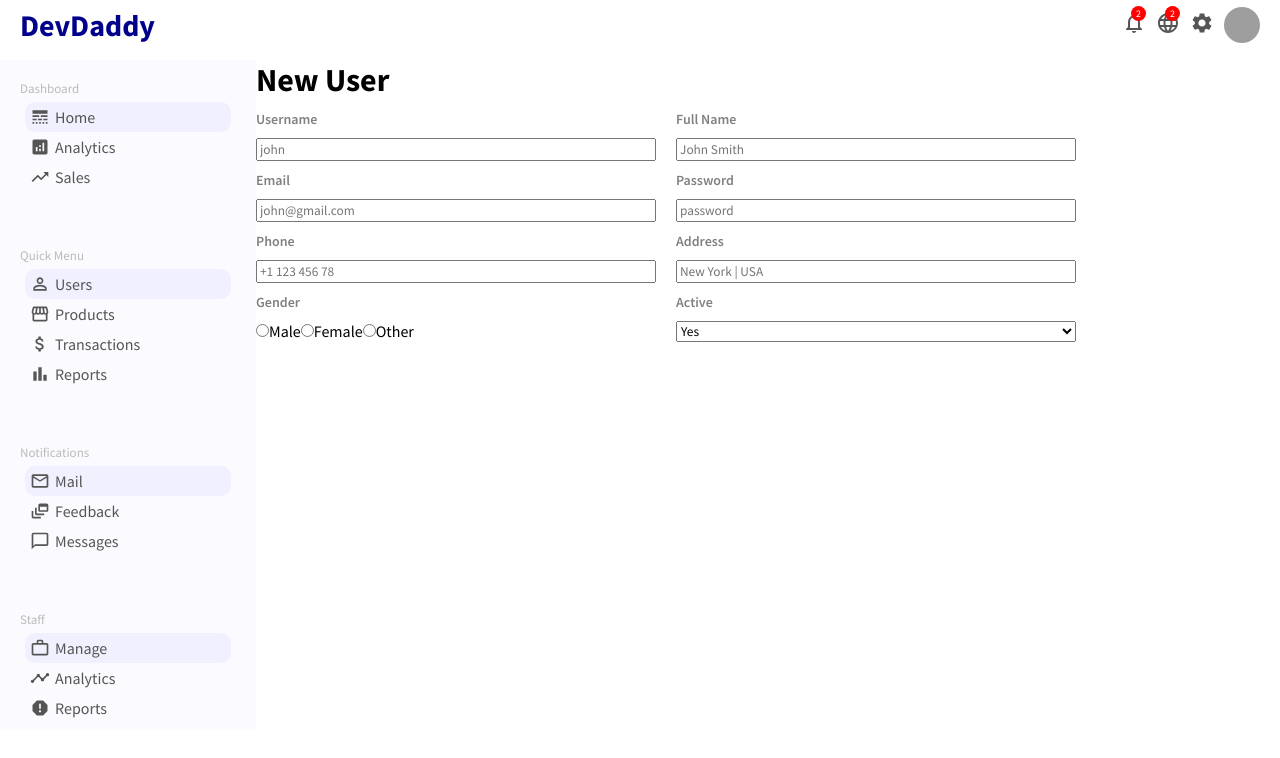
Repository: Marhamat92/react-admin-dashboard
Page: /newUser
These files come from the project's save history. The page is drawn as it stood at one moment and after the next save; the edit follows.
The browser window is 1280 px wide. The pictures show the whole page.
Pictures or frames that could not be fetched are drawn as grey boxes. The project was rebuilt for these pictures with package versions that can differ from the ones it lists, and the page was loaded fresh each time. Also part of the build but not shown: src/pages/home/home.scss, src/components/featuredInfo/featuredInfo.scss, src/components/featuredInfo/FeaturedInfo.js, src/components/chart/chart.scss, src/components/chart/Chart.js, src/data/userData.js, src/components/widgetSm/widgetSm.scss, src/components/widgetSm/WidgetSm.js and 8 more.

Above is the page before, as saved 2023-02-13 14:26:49.

### public/index.html
<!DOCTYPE html>
<html lang="en">

<head>
  <meta charset="utf-8" />
  <link rel="icon" href="%PUBLIC_URL%/favicon.ico" />
  <meta name="viewport" content="width=device-width, initial-scale=1" />
  <meta name="theme-color" content="#000000" />
  <meta name="description" content="Web site created using create-react-app" />
  <link rel="apple-touch-icon" href="%PUBLIC_URL%/logo192.png" />
  <link rel="preconnect" href="https://fonts.googleapis.com">
  <link rel="preconnect" href="https://fonts.gstatic.com" crossorigin>
  <link href="https://fonts.googleapis.com/css2?family=Source+Sans+Pro:wght@200;300;400;600;700;900&display=swap"
    rel="stylesheet">
  <!--
      manifest.json provides metadata used when your web app is installed on a
      user's mobile device or desktop. See https://developers.google.com/web/fundamentals/web-app-manifest/
    -->
  <link rel="manifest" href="%PUBLIC_URL%/manifest.json" />
  <!--
      Notice the use of %PUBLIC_URL% in the tags above.
      It will be replaced with the URL of the `public` folder during the build.
      Only files inside the `public` folder can be referenced from the HTML.

      Unlike "/favicon.ico" or "favicon.ico", "%PUBLIC_URL%/favicon.ico" will
      work correctly both with client-side routing and a non-root public URL.
      Learn how to configure a non-root public URL by running `npm run build`.
    -->
  <style>
    * {
      font-family: 'Source Sans Pro', sans-serif;
      margin: 0;

    }
  </style>
  <title>DevDaddy Admin Dashboard</title>
</head>

<body>
  <noscript>You need to enable JavaScript to run this app.</noscript>
  <div id="root"></div>
  <!--
      This HTML file is a template.
      If you open it directly in the browser, you will see an empty page.

      You can add webfonts, meta tags, or analytics to this file.
      The build step will place the bundled scripts into the <body> tag.

      To begin the development, run `npm start` or `yarn start`.
      To create a production bundle, use `npm run build` or `yarn build`.
    -->
</body>

</html>

### src/index.js
import React from 'react';
import ReactDOM from 'react-dom/client';
import App from './App';
import { BrowserRouter } from "react-router-dom";


const root = ReactDOM.createRoot(document.getElementById('root'));
root.render(
  <BrowserRouter>
    <App />
  </BrowserRouter>

);

### src/App.js
import Topbar from "./components/Topbar/Topbar";
import Sidebar from "./components/sidebar/Sidebar";
import "./app.scss";
import Home from "./pages/home/Home";
import UserList from "./pages/userList/UserList";
import User from "./pages/user/User";
import NewUser from "./pages/newUser/NewUser";
import {
  Routes,
  Route,
  Link,
} from "react-router-dom";



function App() {
  return (
    <>
      <Topbar />
      <div className="container">
        <Sidebar />
        <Routes>
          <Route path="/" element={<Home />} />
          <Route path="/users" element={<UserList />} />
          <Route path="/newUser" element={<NewUser />} />
          <Route path="/user/:userId" element={<User />} />
        </Routes>
      </div>
    </>

  );
}

export default App;

### src/components/Topbar/Topbar.jsx
import React from 'react'
import "./topbar.scss"
import { Language, NotificationsNone, Settings } from '@mui/icons-material'

function Topbar() {
  return (
    <div className="topbar" >
       <div className='topbarWrapper' >
          <div className='topLeft' >
            <span className='logo'>DevDaddy</span>
          </div>
          <div className='topRight' >
             <div className='topbarIconContainer' >
               <NotificationsNone/>
                <span className='topIconBadge'>2</span>
             </div>
             <div className='topbarIconContainer' >
               <Language/>
                <span className='topIconBadge'>2</span>
             </div>
             <div className='topbarIconContainer' >
               <Settings/>
             </div>
             <img className='topAvatar' src='https://i.pinimg.com/originals/99/ee/d8/99eed8642bbb66a71d0f1677d18a2587.jpg' alt="jack sheperd" />
          </div>
       </div>
    </div>
  )
}

export default Topbar

### src/components/sidebar/Sidebar.js
import React from 'react'
import './sidebar.scss'
import { Analytics, AttachMoney, ChatBubbleOutline, DynamicFeed, LineStyle, MailOutline, PermIdentity, Report, Storefront, Timeline, TrendingUp, WorkOutline, BarChart } from '@mui/icons-material'



function Sidebar() {
  return (
    <div className='sidebar'>
      <div className='sidebarWrapper'>
        <div className='sidebarMenu' >
          <div className='sidebarTitle'>
            Dashboard
          </div>
          <ul className='sidebarList'>
            <li className='sidebarListItem active'>
              <LineStyle className='sidebarIcon' />
              Home
            </li>
            <li className='sidebarListItem'>
              <Analytics className='sidebarIcon' />
              Analytics
            </li>
            <li className='sidebarListItem'>
              <TrendingUp className='sidebarIcon' />
              Sales
            </li>
          </ul>
        </div>
      </div>

      <div className='sidebarWrapper'>
        <div className='sidebarMenu' >
          <div className='sidebarTitle'>
            Quick Menu
          </div>
          <ul className='sidebarList'>
            <li className='sidebarListItem active'>
              <PermIdentity className='sidebarIcon' />
              Users
            </li>
            <li className='sidebarListItem'>
              <Storefront className='sidebarIcon' />
              Products
            </li>
            <li className='sidebarListItem'>
              <AttachMoney className='sidebarIcon' />
              Transactions
            </li>
            <li className='sidebarListItem'>
              <BarChart className='sidebarIcon' />
              Reports
            </li>
          </ul>
        </div>
      </div>

      <div className='sidebarWrapper'>
        <div className='sidebarMenu' >
          <div className='sidebarTitle'>
            Notifications
          </div>
          <ul className='sidebarList'>
            <li className='sidebarListItem active'>
              <MailOutline className="sidebarIcon" />
              Mail
            </li>
            <li className='sidebarListItem'>
              <DynamicFeed className="sidebarIcon" />
              Feedback
            </li>
            <li className='sidebarListItem'>
              <ChatBubbleOutline className="sidebarIcon" />
              Messages
            </li>
          </ul>
        </div>
      </div>

      <div className='sidebarWrapper'>
        <div className='sidebarMenu' >
          <div className='sidebarTitle'>
            Staff
          </div>
          <ul className='sidebarList'>
            <li className='sidebarListItem active'>
              <WorkOutline className="sidebarIcon" />
              Manage
            </li>
            <li className='sidebarListItem'>
              <Timeline className="sidebarIcon" />
              Analytics
            </li>
            <li className='sidebarListItem'>
              <Report className="sidebarIcon" />
              Reports
            </li>
          </ul>
        </div>
      </div>
    </div>
  )
}

export default Sidebar

### src/app.scss
.container {
  display:flex;
  margin-top: 10px;
}

### src/pages/newUser/NewUser.js
import React from 'react'
import './newUser.scss'

function NewUser() {
  return (
    <div className='newUser' >
      <h1 className='newUserTitle' >New User</h1>
      <form className='newUserForm' >
        <div className='newUserItem' >
          <label>Username</label>
          <input type='text' placeholder='john' />
        </div>
        <div className='newUserItem' >
          <label>Full Name</label>
          <input type='text' placeholder='John Smith' />
        </div>
        <div className='newUserItem' >
          <label>Email</label>
          <input type='email' placeholder='john@gmail.com' />
        </div>
        <div className='newUserItem' >
          <label>Password</label>
          <input type='password' placeholder='password' />
        </div>
        <div className='newUserItem' >
          <label>Phone</label>
          <input type='text' placeholder='+1 123 456 78' />
        </div>
        <div className='newUserItem' >
          <label>Address</label>
          <input type='text' placeholder='New York | USA' />
        </div>
        <div className='newUserItem' >
          <label>Gender</label>
          <div className='newUserGender' >
            <input type="radio" name="gender" id="male" value="male" />
            <label for="male">Male</label>
            <input type="radio" name="gender" id="female" value="female" />
            <label for="female">Female</label>
            <input type="radio" name="gender" id="other" value="other" />
            <label for="other">Other</label>
          </div>
        </div>
        <div className='newUserItem' >
          <label>Active</label>
          <select className='newUserSelect' name='active' id='active' >
            <option value='yes' >Yes</option>
            <option value='no' >No</option>
          </select>
        </div>
      </form>
    </div>
  )
}

export default NewUser

### src/components/Topbar/topbar.scss
.topbar{
  width:100%;
  height: 50px;
  background-color: white;
  position: sticky;
  top:0;
  z-index: 999;
}

.topbarWrapper{
  height: 100%;
  padding: 0px 20px;
  display: flex;
  align-items: center;
  justify-content: space-between;
}

.logo{
  font-weight:bold;
  font-size: 30px;
  color:darkblue;
  cursor: pointer;
}

.topRight{
  display:flex;
  align-items: center;
}

.topbarIconContainer{
  position:relative;
  cursor: pointer;
  margin-right:10px;
  color:#555;
}

.topIconBadge{
  width: 15px;
  height: 15px;
  display: flex;
  align-items: center;
  justify-content: center;
  position:absolute;
  top:-5px;
  right:0px;
  background-color: red;
  color:white;
  border-radius: 50%;
  font-size: 10px;
}

.topAvatar{
  width: 36px;
  height: 36px;
  border-radius: 50%;
  object-fit: cover;
  cursor: pointer;
}

### src/components/sidebar/sidebar.scss
.sidebar{
  flex:1;
  height:calc(100vh - 50px);
  background-color: rgb(251,251,255);
  position: sticky;
  top: 50px;
  align-self: flex-start;

}

.sidebarWrapper{
  padding: 20px;
  color:#555;
}

.sidebarMenu{
  margin-bottom:10px;
}

.sidebarTitle{
  font-size: 13px;
  color:rgb(187,186,186);
}

.sidebarList{
  list-style: none;
  padding:5px;
}

.sidebarListItem{
  padding:5px;
  cursor:pointer;
  display:flex;
  align-items:center;
  border-radius: 10px;
}

.sidebarListItem.active,
.sidebarListItem:hover{
  background-color: rgb(240,240,255);
}

.sidebarIcon{
  margin-right: 5px;
  font-size: 20px !important;
}

### src/pages/newUser/newUser.scss
.newUser{
  flex:4;
}

.newUserForm{
  display: flex;
  flex-wrap:wrap;
}

.newUserItem{
  width:400px;
  display: flex;
  flex-direction: column;
  margin-top: 10px;
  margin-right:20px;
}

.newUserItem>label{
  font-weight: 600;
  margin-bottom: 10px;
  font-size: 14px;
  color:gray;
}

After the next save:
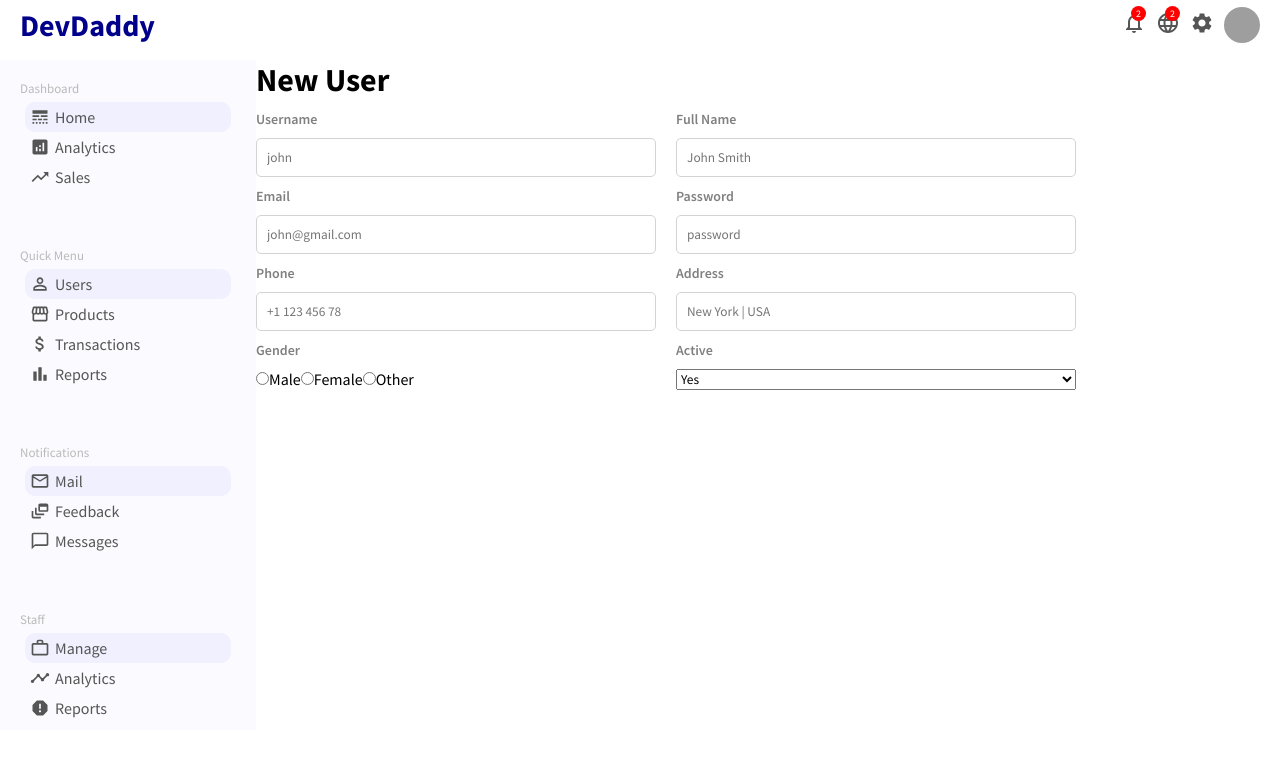
Saved 59 s later.
--- a/src/pages/newUser/newUser.scss
+++ b/src/pages/newUser/newUser.scss
@@ -21,3 +21,9 @@
   font-size: 14px;
   color:gray;
 }
+
+.newUserItem>input{
+  padding: 10px;
+  border: 1px solid lightgray;
+  border-radius: 5px;
+}
